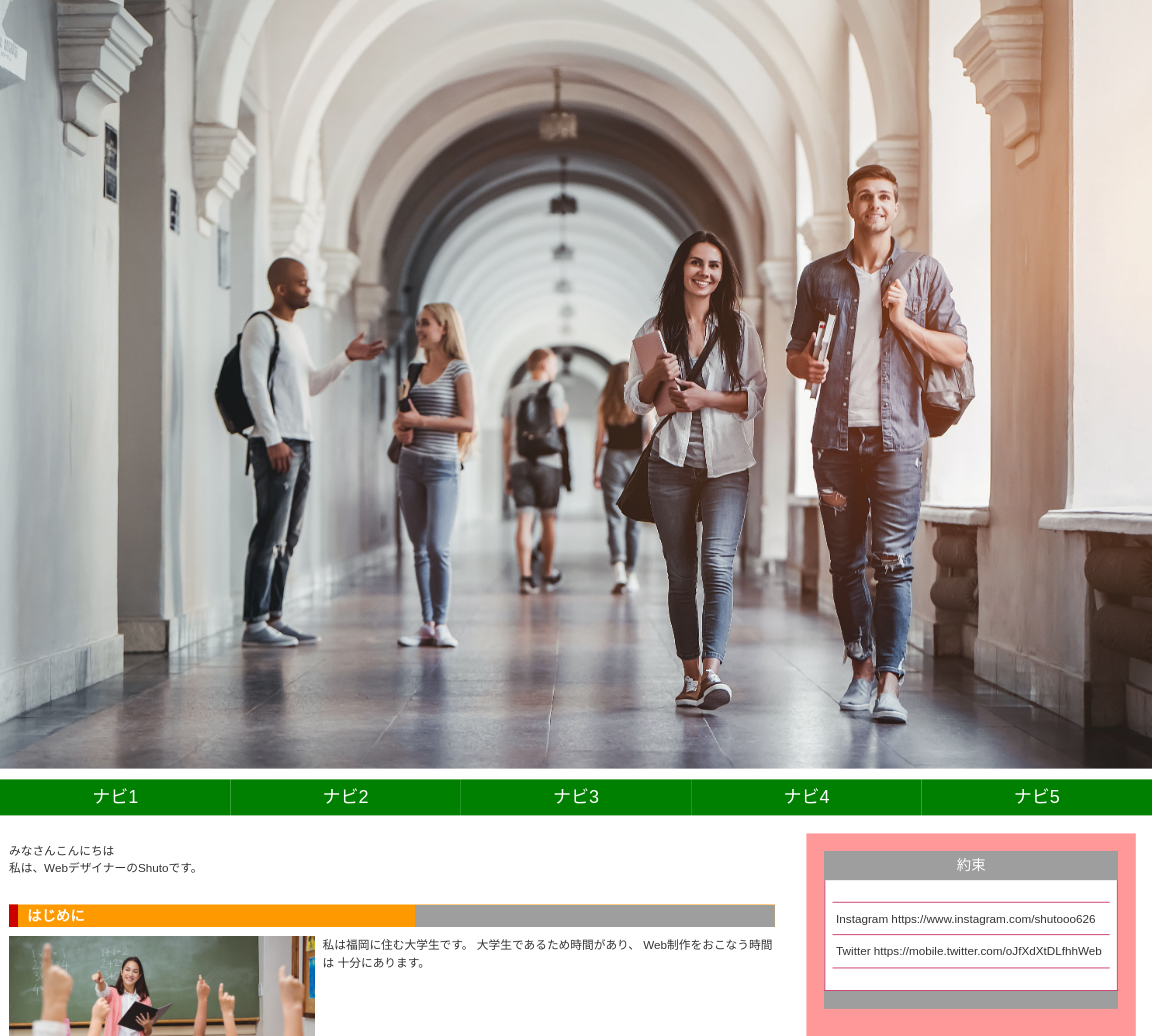
Repository: shuto-nakayama/samurai_HTML-CSS
Page: index7.html
The author's editor kept a record of every edit. The page is drawn from the files as they stood at one moment, then again after the next edit.
The browser window is 1280 px wide. The pictures show the part of the page from y = 0 to 1151 px (the page is 1632 px tall), at 90% of full size.
Pictures or frames that could not be fetched are drawn as grey boxes.

Above is the page before.

### index7.html
<!DOCTYPE html>
<html lang="ja">
    <head>
        <meta charset="UTF-8">
        <title>shutoホームページ</title>
        <link rel="stylesheet" href="stylesheet7.css">
    </head>
    <body>
        <div id="header">
            <h1><a href="index.html"><img id="corridor" src="images/corridor.jpg" alt="大学の廊下" /></a></h1>
        </div>
        <div id="wrapper">
            <div id="nav">
                <ul>
                    <li><a href="home.html">ナビ1</a></li>
                    <li><a href="#">ナビ2</a></li>
                    <li><a href="#">ナビ3</a></li>
                    <li><a href="#">ナビ4</a></li>
                    <li><a href="#">ナビ5</a></li>
                </ul>
            </div>
            <div id="container">
                <div id="main">
                    <div class="post">
                        <p>みなさんこんにちは<br />私は、WebデザイナーのShutoです。</p>
                    </div>
                    <div class="post clearfix">
                        <h2>はじめに</h2>
                        <img class="left" src="images/classroom.jpg" alt="授業風景" />
                        <p>
                           私は福岡に住む大学生です。
                           大学生であるため時間があり、
                           Web制作をおこなう時間は
                           十分にあります。
                        </p>

                    </div>
                    <div class="post clearfix">
                        <h2>お問い合わせ</h2>
                        <img class="right" src="images/scale.jpg" alt="天秤" />
                        <p>
                        　<ul>
                        　   <li>メール shuto13626@icloud.com</li>
                        　   <li>Instagram https://www.instagram.com/shutooo626 </li>
                        　  <li>Twitter https://mobile.twitter.com/oJfXdXtDLfhhWeb</li>
                        　</ul>
                        </p>
                    </div>
                </div>
                <div id="side">
                    <div class="box">
                        <h2>約束</h2>
                        <div class="boxBody">
                            <ul>
                                <li></li>
                                <li>Instagram https://www.instagram.com/shutooo626 </li>
                                <li>Twitter https://mobile.twitter.com/oJfXdXtDLfhhWeb
</li>

                            </ul>
                        </div>
                    </div>
                    <div class="box">
                        <h2>使用言語</h2>
                        <div class="boxBody">
                            <ul>
                                <li>HTML</li>
                                <li>CSS</li>
                                <li>Word press</li>
                                <li>Java script</li>
                            </ul>
                        </div>
                    </div>
                </div>
            </div>
        </div>
        <div id="footer">
            <p>&copy; 20xx ○○ All Rights Reserved.</p>
        </div>
    </body>
</html>

### stylesheet7.css
@charset "utf-8";

body {
	margin: 0;
	padding: 0;
	font-family: "ヒラギノ角ゴ Pro W3", "Hiragino Kaku Gothic Pro", "メイリオ", Meiryo, Osaka, "ＭＳ Ｐゴシック", "MS PGothic", sans-serif;
	color: #333;
	font-size: 13px;
	line-height: 150%;
}

/* -------------------- wrapper -------------------- */
#wrapper {
	width: 100%;
	margin: auto;
	padding: 0px;
	border: 0px;
	background-color: #FFF;
	top: 10px;
	position: relative;
}

/* -------------------- header -------------------- */
#header {
	width: 100%;
}
#header h1 {
	margin: 0;
	padding: 0;
}

#corridor {
	width: 100%;
	height: auto;
}

/* -------------------- footer -------------------- */
#footer {
	clear: both;
	width: 100%;
	padding: 3px 0 3px 0;
	background: #39F;
	color: #FFF;
	font-weight: bold;
	text-align: center;
}

/* -------------------- nav -------------------- */
#nav {
	width: 100%;
}
#nav ul {
	display: flex;
	margin: 0;
	padding: 0;
	list-style-type: none;
}
#nav ul li {
	width: 20%;
	text-align: center;
}
#nav ul li a {
	display: block;
	height: 20px;
	margin: 0;
	padding: 10px;
	color: #FFF;
	font-size: 20px;
	text-decoration: none;
	background-color: green;
}

#nav ul li a:hover {
	filter: drop-shadow(10px 10px 10px black);
}

/* -------------------- container -------------------- */
#container {
	width: 100%;
	margin: auto ;
	padding: auto;
	padding-top: 20px;
	clear: both;
	display: grid;
	grid-template-columns: 70vw 30vw;
}
/* -------------------- main -------------------- */
#main {
	width: 95%;
	padding: 10px 30px 10px 10px;
}
#main h2 {
	margin: 0 0 10px 0;
	padding: 3px 10px 3px 10px;
	color: #FFF;
	font-size: 16px;
	border-left: solid 10px #C00;
	background: #F90 url(../images/main_h2.jpg) right top repeat-y;
}
#main p {
	margin: 0;
	padding: 0;
}
#main .post {
	margin: 0 0 30px 0;
}

#main .post img.right {
	margin: 0 0 0 8px;
}
#main .post img.left {
	margin: 0 8px 0 0;
}

.right {
	float: right;
	width: 40%;
	height: auto;
}
.left {
	float: left;
	width: 40%;
	height: auto;
}

/* -------------------- clearfix -------------------- */
.clearfix {
	zoom: 1;
}
.clearfix:after{
	content: "";
	display: block;
	clear: both;
}

/* -------------------- side -------------------- */
#side {
	width: 85%;
	padding: 20px;
	background-color: #F99;
}
#side .box {
	margin: 0 auto 30px auto;
	padding: 0 0 20px 0;
	background: url(images/side_box.png) bottom no-repeat;
}
#side .box h2 {
	margin: 0;
	padding: 8px;
	text-align: center;
	color: #fff;
	font-size: 16px;
	line-height: 16px;
	font-weight: normal;
	background: url(images/side_box_h2.png) center no-repeat;
}
#side .box .boxBody {
	padding: 8px;
	border-right: solid 1px #C36;
	border-bottom: solid 1px #C36;
	border-left: solid 1px #C36;
	background: #fff;
}
#side .box .boxBody ul {
	margin: 0 0 16px 0;
	padding: 0;
}
#side .box .boxBody ul li {
	padding: 8px 0 8px 4px;
	list-style: none;
	border-bottom: solid 1px #C36;
}

#side .box .boxBody ul li:hover {
	padding: 8px 0 8px 4px;
	list-style: none;
	border-bottom: solid 1px #C36;
	box-shadow: 0px 4px 4px rgba(0, 0, 0, 0.3);
}

After the next edit:
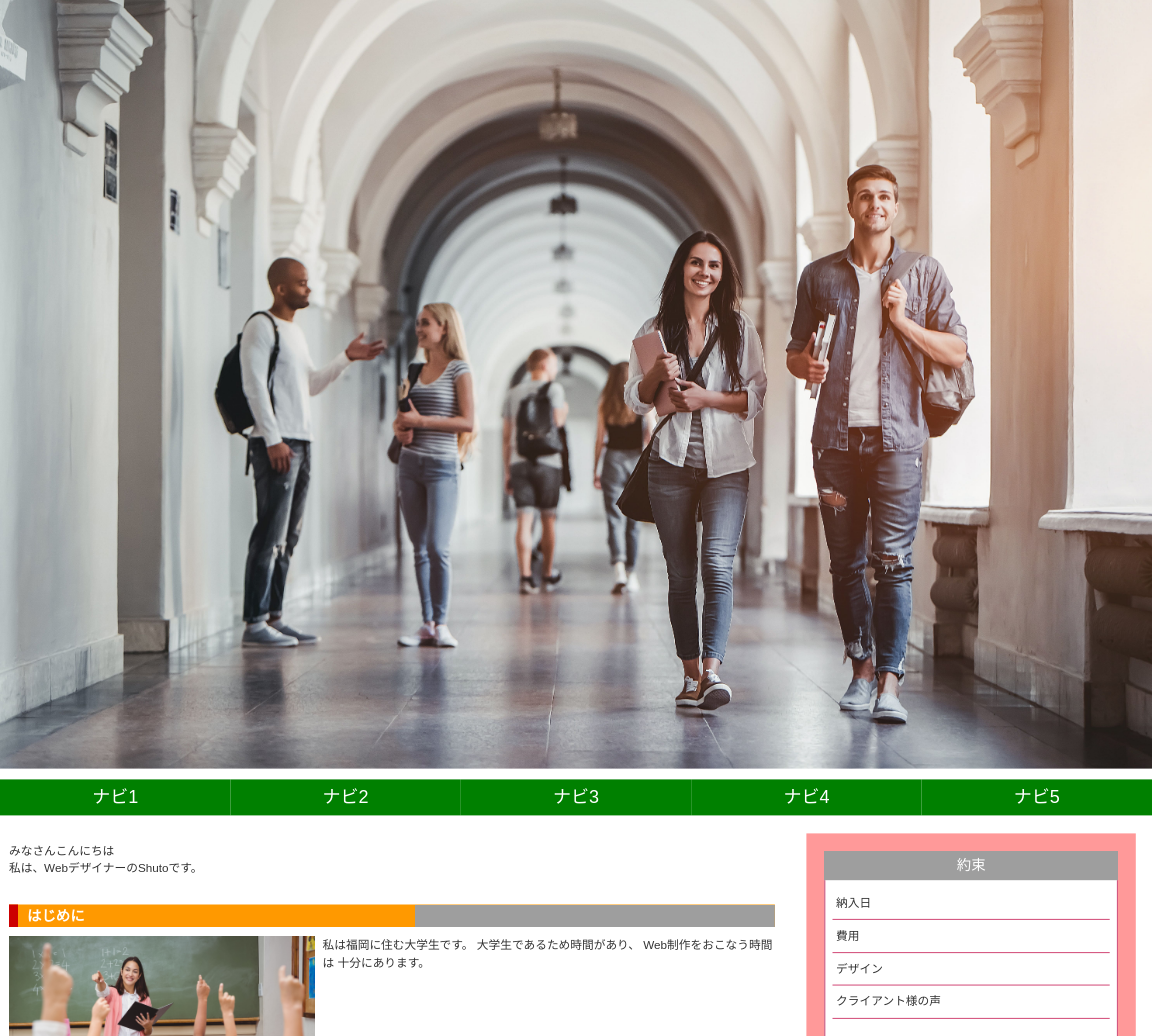
The edit:
--- a/index7.html
+++ b/index7.html
@@ -52,10 +52,10 @@
                         <h2>約束</h2>
                         <div class="boxBody">
                             <ul>
-                                <li></li>
-                                <li>Instagram https://www.instagram.com/shutooo626 </li>
-                                <li>Twitter https://mobile.twitter.com/oJfXdXtDLfhhWeb
-</li>
+                                <li>納入日</li>
+                                <li>費用 </li>
+                                <li>デザイン</li>
+                                <li>クライアント様の声</li>
 
                             </ul>
                         </div>
